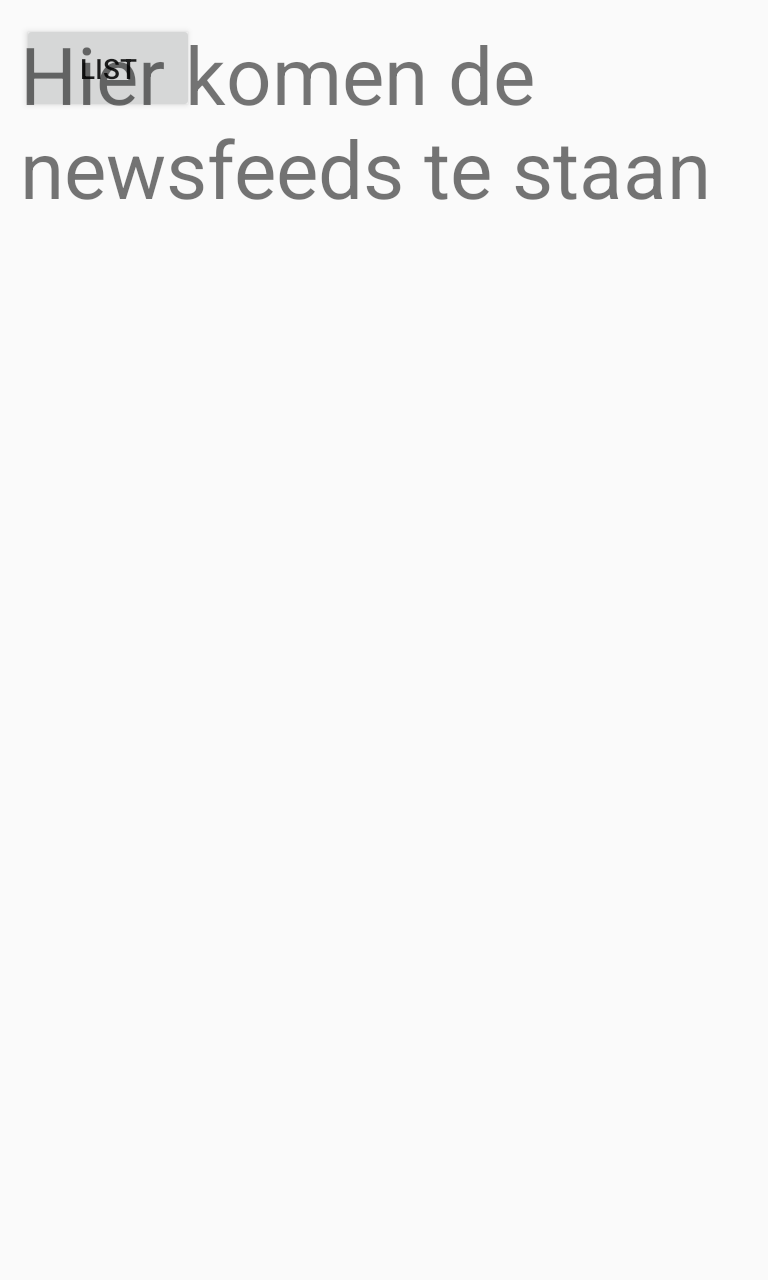
Repository: MarcSelles/BeatYourBucketAndroid
Layout: The_app/BeatYourBucket/res/layout/activity_main.xml
The author's editor kept a copy of each file at every save. The layout is drawn from the files as they stood at one save, then again after the next save.
It is drawn on a 768 x 1280 px phone screen (xhdpi) without system bars, with theme AppTheme; the app's code is not run.

Above is the layout before, as saved 2015-01-13 11:03:15.

### The_app/BeatYourBucket/res/layout/activity_main.xml
<?xml version="1.0" encoding="utf-8"?>
<LinearLayout xmlns:tools="http://schemas.android.com/tools"
    xmlns:android="http://schemas.android.com/apk/res/android"
    android:layout_width="fill_parent"
    android:layout_height="fill_parent"
    tools:context="com.byb.beatyourbucket.MainActivity" >

    <TabHost
        android:id="@+id/tabhost"
        android:layout_width="fill_parent"
    	android:layout_height="fill_parent">

    <LinearLayout
        android:orientation="vertical"
        android:layout_width="fill_parent"
        android:layout_height="fill_parent"
        android:padding="5dp">

        <FrameLayout
            android:id="@android:id/tabcontent"
            android:layout_width="fill_parent"
            android:layout_height="wrap_content"
            android:padding="5dp"
            android:layout_weight="1">

        	<LinearLayout
            	android:id="@+id/tab1"
            	android:layout_width="wrap_content"
            	android:layout_height="wrap_content"
            	android:orientation="horizontal" >

                <Button
        			android:id="@+id/list"
        			android:layout_width="wrap_content"
        			android:layout_height="wrap_content"
        			android:onClick="seeList"
        			android:text="list" />

            </LinearLayout>

            <LinearLayout
            	android:id="@+id/tab2"
            	android:layout_width="wrap_content"
            	android:layout_height="wrap_content"
                android:orientation="vertical" >

                <TextView
                	android:id="@+id/hoi"
                    android:layout_width="wrap_content"
                    android:layout_height="wrap_content"
                    android:text="Hier komen de newsfeeds te staan"
                    android:textSize="40sp" />

            </LinearLayout>

            <LinearLayout
                android:id="@+id/tab3"
                android:layout_width="wrap_content"
                android:layout_height="wrap_content"
                android:orientation="vertical" >
            </LinearLayout>

            </FrameLayout>

        <TabWidget
            android:id="@android:id/tabs"
            android:layout_width="fill_parent"
            android:layout_height="wrap_content"
            android:layout_weight="0"
            android:layout_marginBottom="-4dp"/>

    	</LinearLayout>

	</TabHost>

</LinearLayout>



    <!-- <Button
        android:id="@+id/list"
        android:layout_width="wrap_content"
        android:layout_height="wrap_content"
        android:layout_alignLeft="@+id/hoi"
        android:layout_below="@+id/hoi"
        android:layout_marginTop="44dp"
        android:onClick="seeList"
        android:text="list"
        android:visibility="invisible" />  -->




<!--  extra
<LinearLayout xmlns:tools="http://schemas.android.com/tools"
    xmlns:android="http://schemas.android.com/apk/res/android"
    android:layout_width="fill_parent"
    android:layout_height="fill_parent"
    tools:context="com.byb.beatyourbucket.MainActivity" >

android:paddingBottom="@dimen/activity_vertical_margin"
    android:paddingLeft="@dimen/activity_horizontal_margin"
    android:paddingRight="@dimen/activity_horizontal_margin"
    android:paddingTop="@dimen/activity_vertical_margin" -->

Loaded but not shown: The_app/BeatYourBucket/res/values/styles.xml (common file); The_app/BeatYourBucket/res/values-v11/styles.xml (common file); The_app/BeatYourBucket/res/values-v14/styles.xml (common file); The_app/BeatYourBucket/res/values/dimens.xml (common file); The_app/BeatYourBucket/res/values-w820dp/dimens.xml (common file)

After the next save:
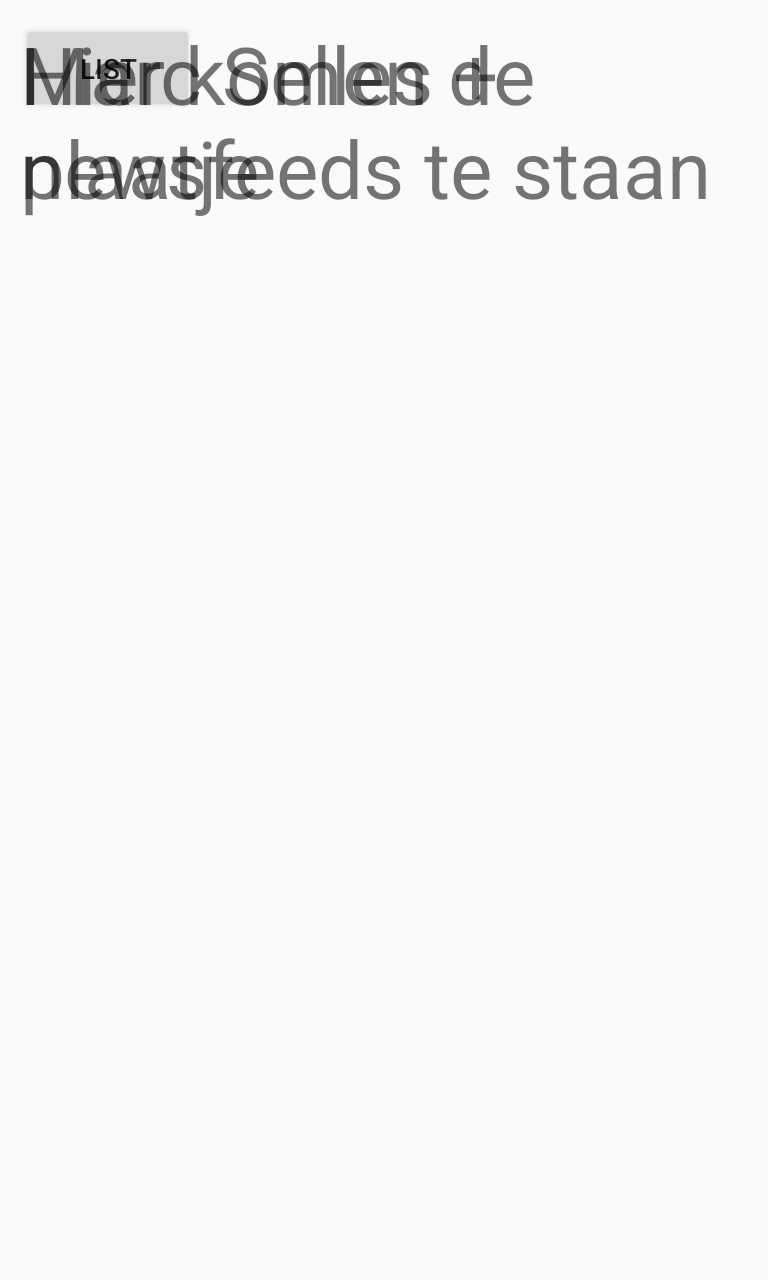
Saved 61 s later.
--- a/The_app/BeatYourBucket/res/layout/activity_main.xml
+++ b/The_app/BeatYourBucket/res/layout/activity_main.xml
@@ -58,6 +58,14 @@
                 android:layout_width="wrap_content"
                 android:layout_height="wrap_content"
                 android:orientation="vertical" >
+
+                <TextView
+                	android:id="@+id/hoi"
+                    android:layout_width="wrap_content"
+                    android:layout_height="wrap_content"
+                    android:text="Marc Selles + plaatje"
+                    android:textSize="40sp" />
+
             </LinearLayout>
 
             </FrameLayout>
